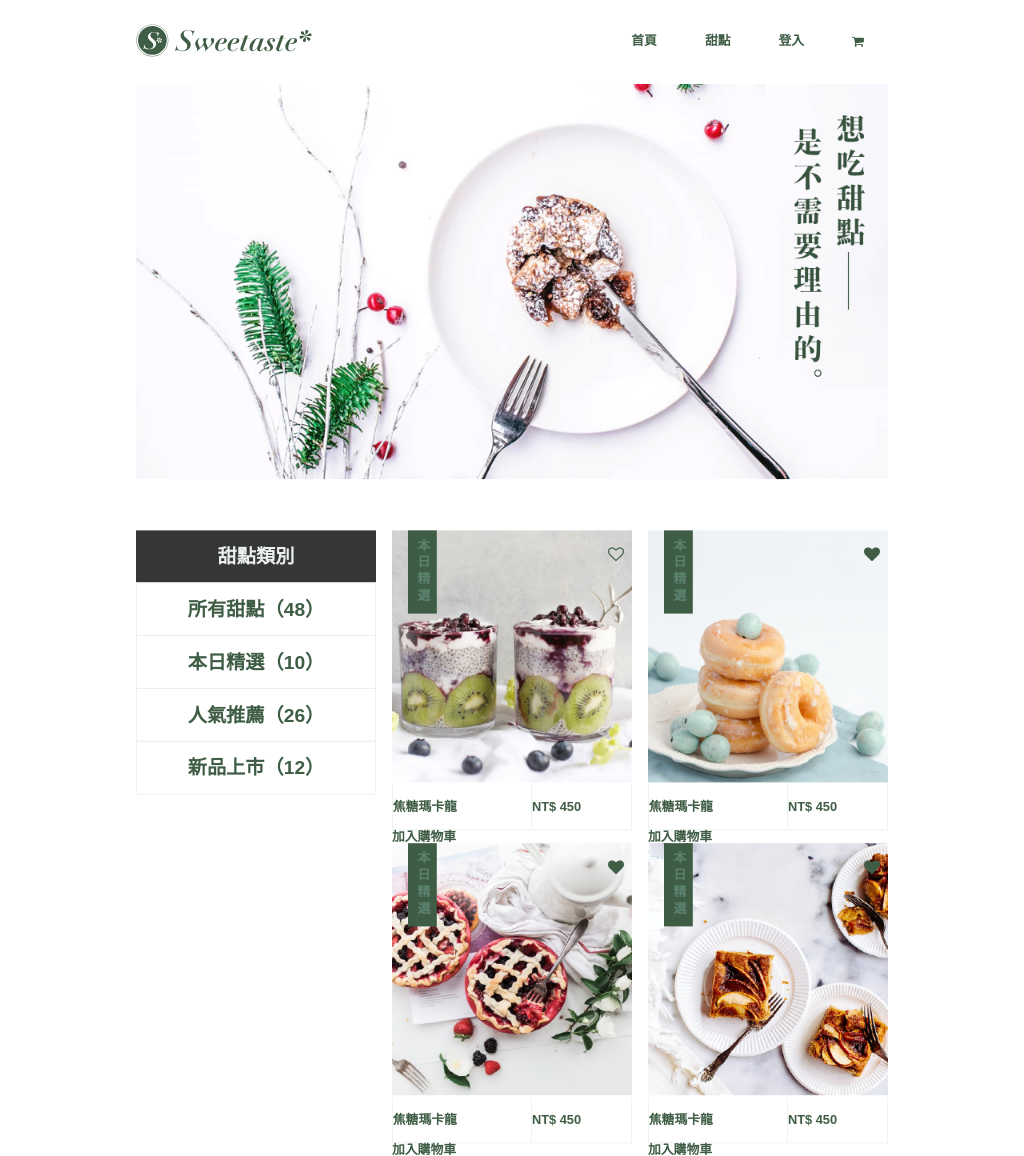
Repository: michelle61219/Sweets
Page: index.html
The author's editor kept a copy of each file at every save. The page is drawn from the files as they stood at one save, then again after the next save.
The browser window is 1280 px wide. The pictures show the whole page, at 80% of full size.

Above is the page before, as saved 2021-06-13 15:41:06.

After the next save:
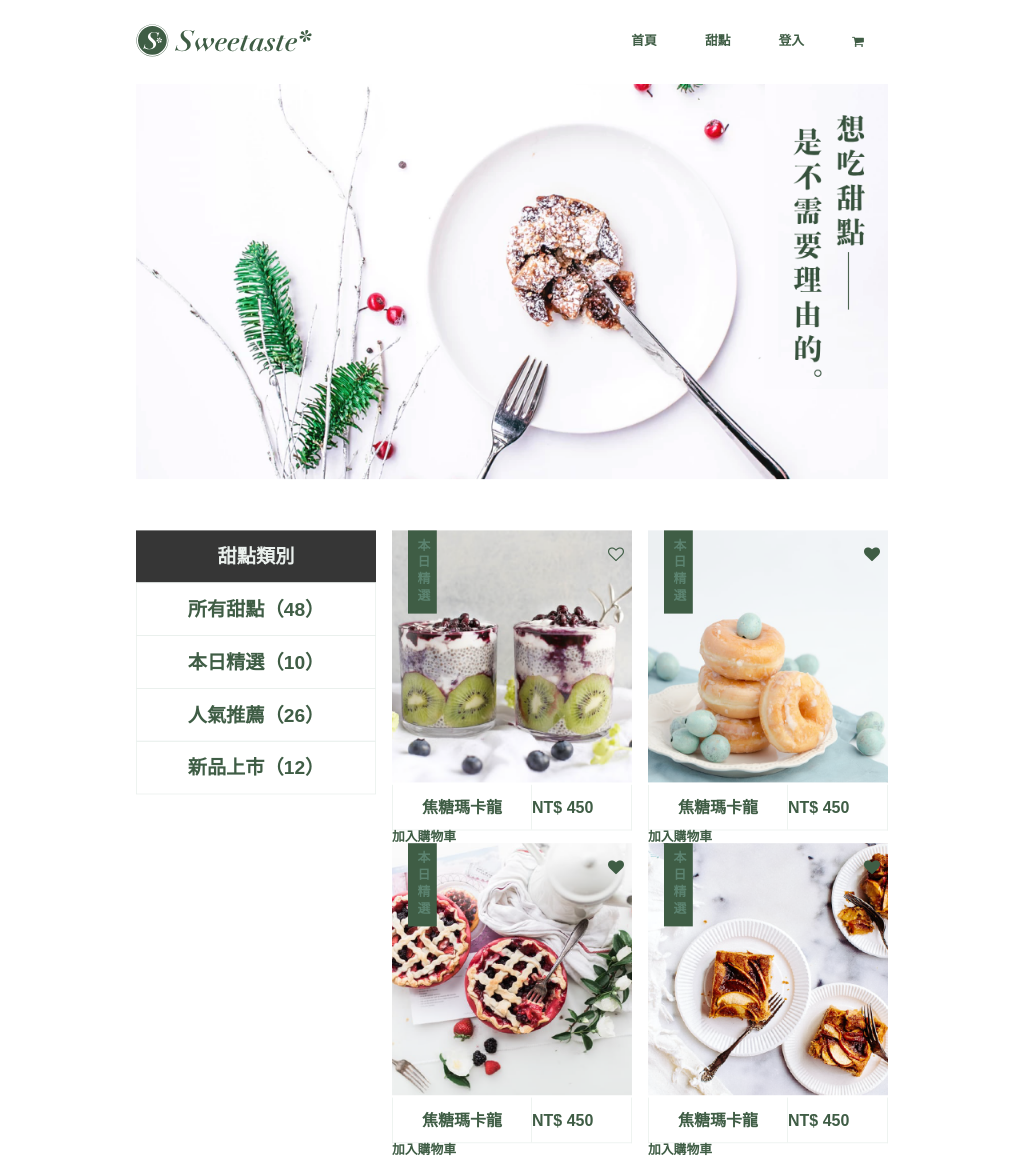
Saved 36 s later.
--- a/style.css
+++ b/style.css
@@ -244,6 +244,8 @@ a {
 	border-left: 1px solid #eaf0ed;
 	border-right: 1px solid #eaf0ed;
 	line-height: 56px;
+	font-size: 20px;
+	text-align: center;
 }
 .productList-card-body h2 {
 	/* 300-127 */
